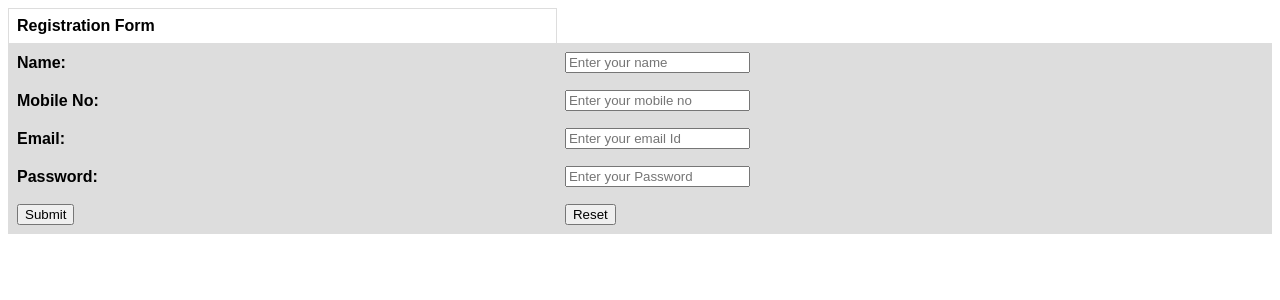
Repository: akki1071993/JavaServlet
Page: HttpServletFilterDemo/src/main/webapp/register.html
The author's editor kept a copy of each file at every save. The page is drawn from the files as they stood at one save, then again after the next save.
The browser window is 1280 px wide. The pictures show the whole page.

Above is the page before, as saved 2022-06-15 09:53:03.

### HttpServletFilterDemo/src/main/webapp/register.html
<!DOCTYPE html>
<html>

<meta charset="ISO-8859-1">
<title>Insert title here</title>
<head>
<link rel="stylesheet" href="table.css">
</head>
<body>
	<form action="registration" method="post">
		<Table>
			<tr>
				<th colspan="1">Registration Form</th>
			</tr>
			<tr>
				<th>Name:</th>
				<th><input type="text" name="name"
					placeholder="Enter your name"></th>
			<tr>
			<tr>
				<th>Mobile No:</th>
				<th><input type="text" name="mobileNo"
					placeholder="Enter your mobile no"></th>
			<tr>
			<tr>
				<th>Email:</th>
				<th><input type="text" name="email"
					placeholder="Enter your email Id"></th>
			<tr>
			<tr>
				<th>Password:</th>
				<th><input type="text" name="pass"
					placeholder="Enter your Password"></th>
			<tr>
			<tr>
				<th><button type="submit" value="Submit">Submit</button></th>
				<th><button type="reset" value="Reset">Reset</button></th>
			<tr>
		</Table>
	</form>
</body>
</html>

### HttpServletFilterDemo/src/main/webapp/table.css
@charset "ISO-8859-1";

table {
  font-family: arial, sans-serif;
  border-collapse: collapse;
  width: 100%;
}

td, th {
  border: 1px solid #dddddd;
  text-align: left;
  padding: 8px;
}

tr:nth-child(even) {
  background-color: #dddddd;
}

After the next save:
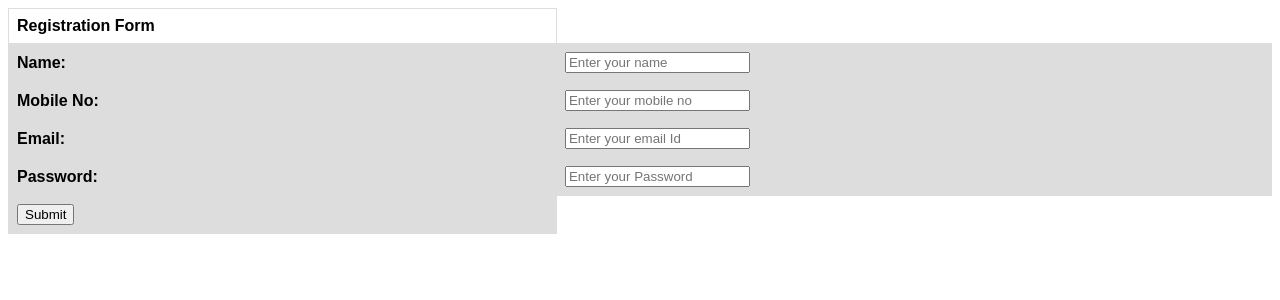
Saved 14 s later.
--- a/HttpServletFilterDemo/src/main/webapp/register.html
+++ b/HttpServletFilterDemo/src/main/webapp/register.html
@@ -34,7 +34,7 @@
 			<tr>
 			<tr>
 				<th><button type="submit" value="Submit">Submit</button></th>
-				<th><button type="reset" value="Reset">Reset</button></th>
+
 			<tr>
 		</Table>
 	</form>
